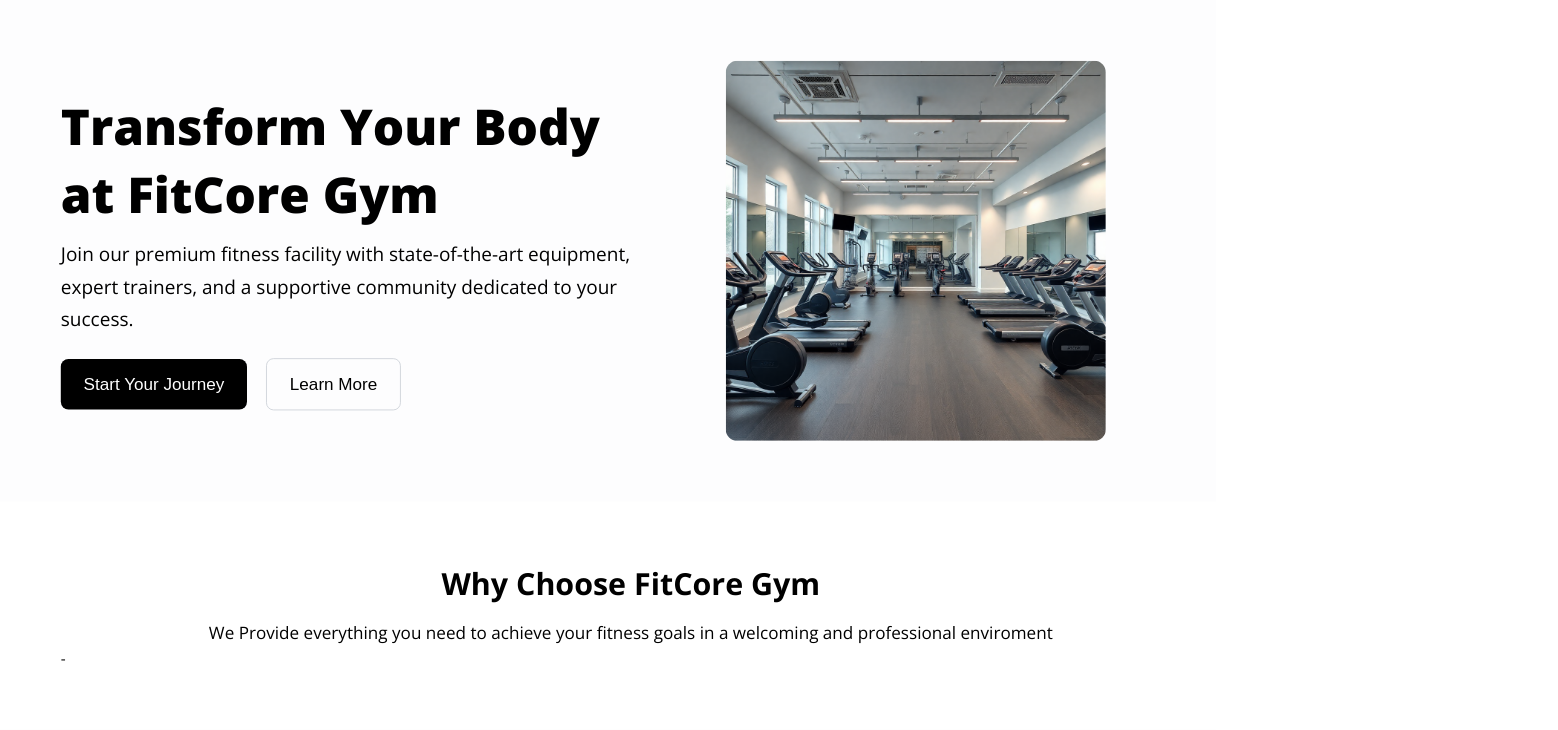
Repository: abdobadawi-ops/Route-Academy-Assignments
Page: Secon Assignment - fit-core-gym/index.html
The author's editor kept a copy of each file at every save. The page is drawn from the files as they stood at one save, then again after the next save.
The browser window is 1280 px wide. The page is 1280 px wide, then 1640 px, so the pictures cover 1640 px, including what lies to the right of the window. The pictures show the whole page, at 95% of full size.

Above is the page before, as saved 2026-04-28 12:41:21.

### Secon Assignment - fit-core-gym/index.html
<!doctype html>
<html lang="en">
  <head>
    <meta charset="UTF-8" />
    <meta name="viewport" content="width=device-width, initial-scale=1.0" />
    <title>FitCore Gym | Assignment 2</title>
    <link rel="shortcut icon" href="./imgs/favicon.png" type="image/x-icon" />
    <link rel="preconnect" href="https://fonts.googleapis.com" />
    <link rel="preconnect" href="https://fonts.gstatic.com" crossorigin />
    <link
      href="https://fonts.googleapis.com/css2?family=Open+Sans:ital,wght@0,300..800;1,300..800&display=swap"
      rel="stylesheet"
    />
    <link rel="stylesheet" href="./style.css" />
  </head>
  <body>
    <header>
      <div class="container grid-2-cols">
        <div class="left">
          <h1>Transform Your Body at FitCore Gym</h1>
          <p>
            Join our premium fitness facility with state-of-the-art equipment,
            expert trainers, and a supportive community dedicated to your
            success.
          </p>
          <div class="buttons">
            <button class="btn btn--main">Start Your Journey</button>
            <button class="btn btn--alt">Learn More</button>
          </div>
        </div>
        <img src="./imgs/hero-section-img.png" alt="fitcore gym" />
      </div>
    </header>
    <section>
      <div class="section-heading">
        <div class="container">
          <h2>Why Choose FitCore Gym</h2>
          <p>
            We Provide everything you need to achieve your fitness goals in a
            welcoming and professional enviroment
          </p>
        </div>
      </div>
      -
    </section>
  </body>
</html>

### Secon Assignment - fit-core-gym/style.css
/* variables */
:root {
  --main-color: #000;
  --section-color: oklch(98.5% 0.002 247.839);
}

/* global rules */
* {
  box-sizing: border-box;
  margin: 0;
  padding: 0;
}

body {
  font-family: "Open Sans", sans-serif;
}

.container {
  width: 1200px;
  margin-inline: auto;
}

/* components */

.section-heading {
  text-align: center;
  max-width: 400px;

  h2 {
    font-size: 32px;
    margin-bottom: 16px;
  }

  p {
    font-size: 18px;
    line-height: 1.7;
  }
}

/* header */

header {
  background-color: #fdfdfe;
  padding: 64px;
  & h1 {
    font-size: 52px;
    font-weight: 900;
  }

  p {
    font-size: 20px;
    line-height: 1.7;
    margin-top: 12px;
    margin-bottom: 24px;
  }

  .btn {
    background: none;
    border: none;
    font-size: 18px;
    color: #fff;
    padding: 16px 24px;
    border-radius: 8px;
    cursor: pointer;
  }

  .buttons {
    display: flex;
    align-items: center;
    gap: 20px;
  }

  .btn--main {
    background-color: var(--main-color);
  }

  .btn--alt {
    background-color: #fdfdfe;
    color: #000;
    border: 1px solid #d1d5dc;
  }

  img {
    width: 400px;
    justify-self: center;
    border-radius: 12px;
  }
}

.grid-2-cols {
  display: grid;
  grid-template-columns: repeat(2, 1fr);
  align-items: center;
}

section {
  padding: 64px;
}

After the next save:
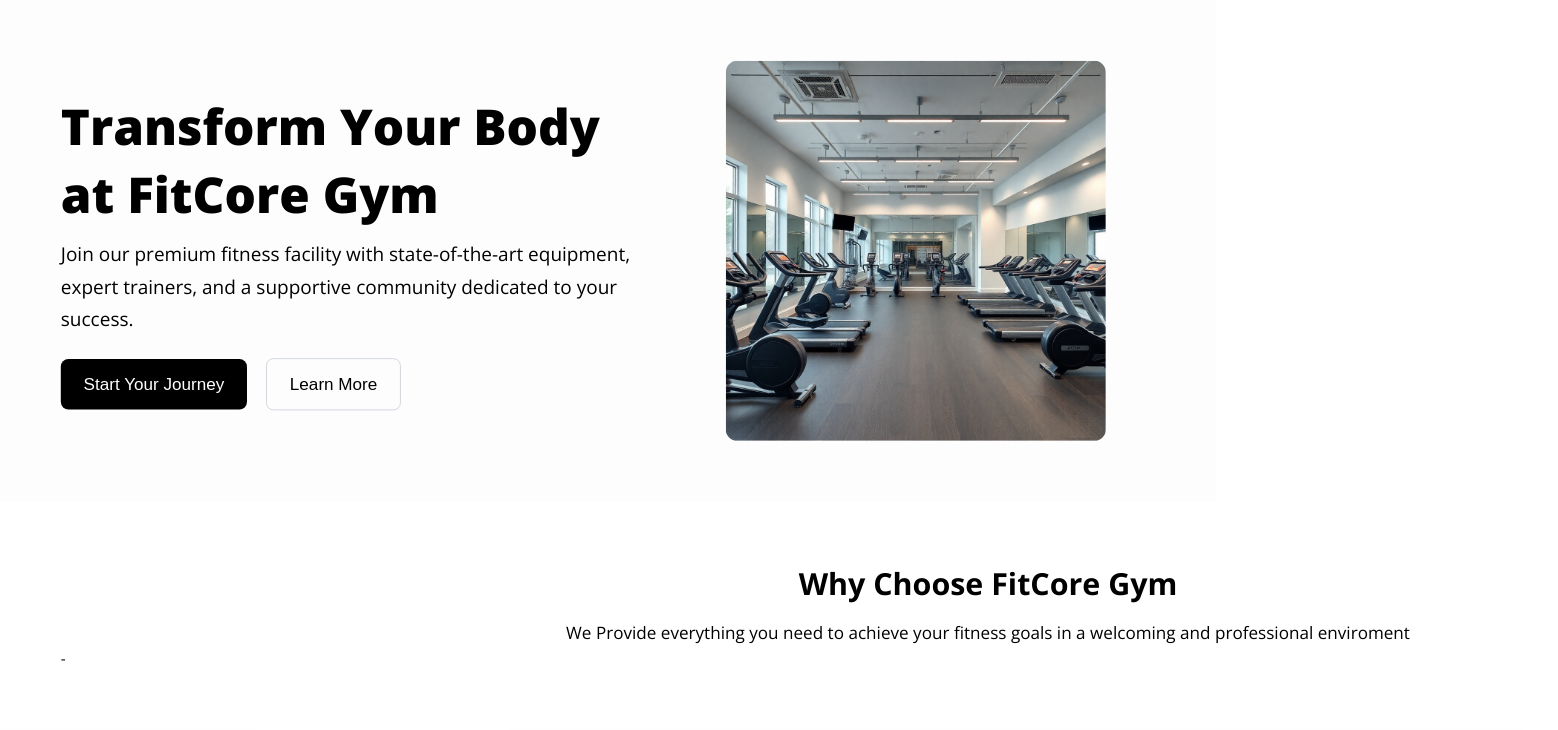
Saved 13 s later.
--- a/Secon Assignment - fit-core-gym/style.css
+++ b/Secon Assignment - fit-core-gym/style.css
@@ -25,6 +25,7 @@ body {
 .section-heading {
   text-align: center;
   max-width: 400px;
+  margin-inline: auto;
 
   h2 {
     font-size: 32px;
